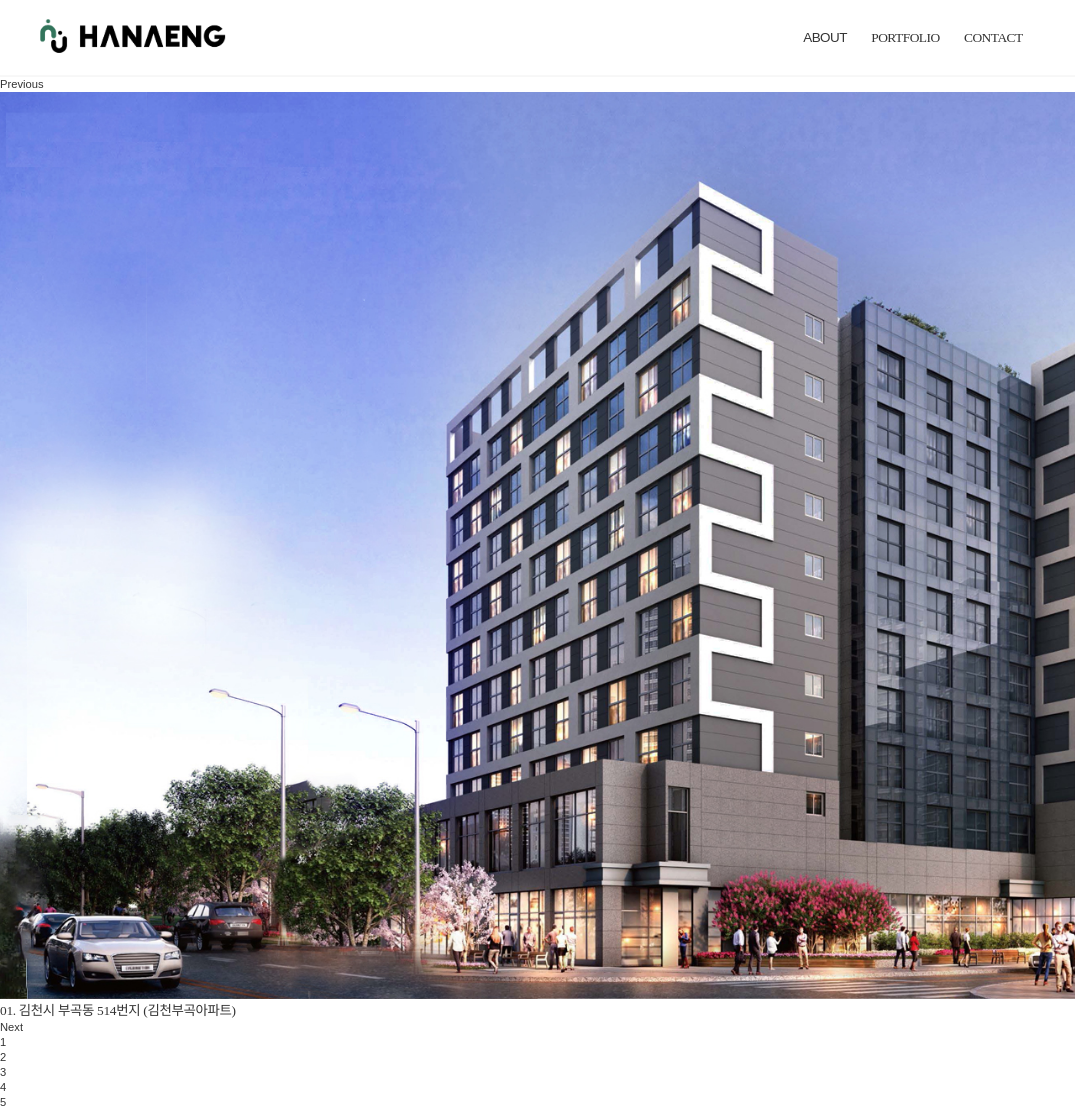
Repository: makeditWeb/hanaenc
Page: main.html
An editor plug-in stored every save of this project. The page is shown before and after the next save, followed by the edit.
The browser window is 1280 px wide. The pictures show the whole page, at 84% of full size.
Some web libraries are served in a nearby version.

Above is the page before, as saved 2023-07-05 16:53:04.

After the next save:
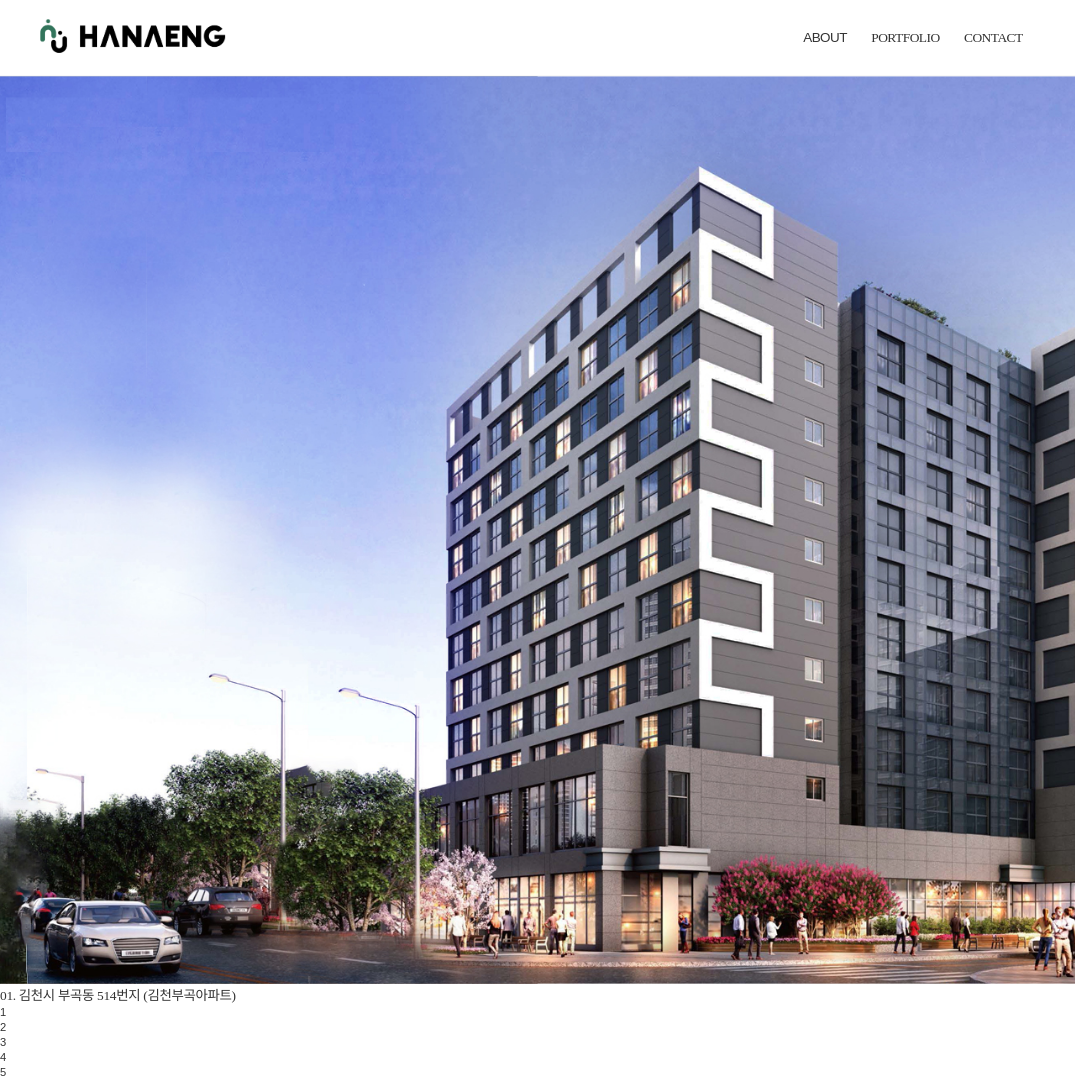
Saved 20 s later.
--- a/main.html
+++ b/main.html
@@ -90,6 +90,7 @@
             infinite: true,
             slidesToShow: 1,
             dots: true,
+            arrows:false,
         });
     });
 </script>
